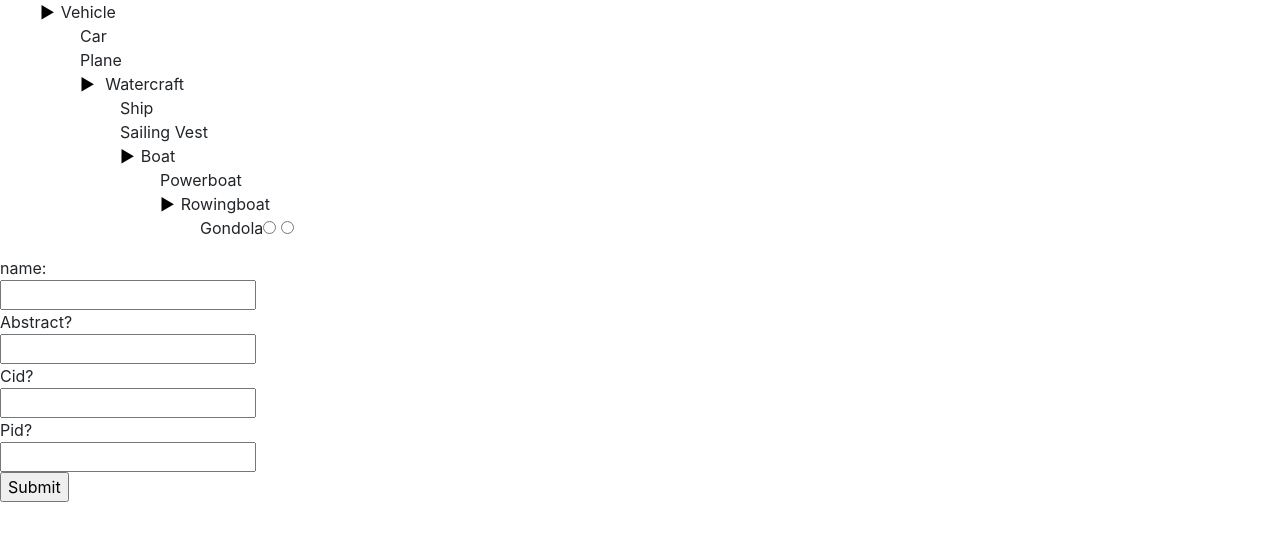
Repository: ked9268/Wonder
Page: http://localhost/cw3_mini_web_project_kjw42/WEB-INF/mainpage.jsp
These files come from the project's save history. The page is drawn as it stood at one moment and after the next save; the edit follows.
The browser window is 1280 px wide. The pictures show the whole page.
Some web libraries are served in a nearby version. The page is served by Tomcat 9. Nobody is signed in. Other server files are loaded and not shown. The template is opened directly, without the code that normally fills it, so the values that code supplies are empty.

Above is the page before, as saved 2020-01-07 22:05:59.

### workspaceEE/cw3_mini_web_project_kjw42/WebContent/WEB-INF/mainpage.jsp
	<%@ page language="java" contentType="text/html; charset=ISO-8859-1"
    pageEncoding="ISO-8859-1"%>
	<!DOCTYPE html PUBLIC "-//W3C//DTD HTML 4.01 Transitional//EN" "http://www.w3.org/TR/html4/loose.dtd">
<html>
	<head>
		<meta http-equiv="Content-Type" content="text/html; charset=ISO-8859-1">
		<meta charset="utf-8">
    	<meta name="viewport" content="width=device-width, initial-scale=1, shrink-to-fit=no">
		<link rel="stylesheet" href="https://maxcdn.bootstrapcdn.com/bootstrap/4.0.0/css/bootstrap.min.css"
			integrity="sha384-Gn5384xqQ1aoWXA+058RXPxPg6fy4IWvTNh0E263XmFcJlSAwiGgFAW/dAiS6JXm" crossorigin="anonymous">

		<script>
				function load(){
				window.alert("Hello World!");
				var interact = document.getElementById("Gondola");
				interact.remove();
				}
		</script>
			<style>
			.caret {
  				cursor: pointer;
  				user-select: none; /* Prevent text selection */
			}
			.caret::before {
  				content: "\25B6";
 				 color: black;
 				 display: inline-block;
 				 margin-right: 6px;
			}
			ul {
 				 list-style-type: none;
			}
			</style>
				<title>mainpage</title>
	</head>
	<body>
		<ul>
			<li>
			<a class="caret" onClick="load()">Vehicle</a>
				<ul class="east">
					<li id="Car">  Car	</li>
					<li id="Plane">Plane</li>
					<li id="Watercraft"><span class="caret" onClick="test()"> Watercraft</span>
						<ul class="nested">
							<li id="Ship">Ship</li>
							<li id="SailingVest">Sailing Vest</li>
							<li id="Boat"><span class="caret" onClick="load()">Boat</span>
								<ul class="nested">
									<li id="Powerboat">Powerboat</li>
									<li id="Rowingboat"><span class="caret" onClick="load()">Rowingboat</span>
											<ul class="nested">
												<li id="Gondola">Gondola<input type="radio" name="add">&nbsp<input type="radio" name="delete" > </li>
											</ul>
				 						</li>
									</ul>
								</li>
							</ul>
						</li>
					</ul>
				</li>
			</ul>
		<p id="demo"> </p>

		<form action="../../controllers/extractClassInfo.java">
  				name:<br>
  				<input type="text" name="name"><br>
 			 	Abstract?<br>
  				<input type="text" name="abstract"><br>
  Cid?<br>
  <input type="text" name="cid"><br>
  Pid?<br>
  <input type="text" name="pid"><br>
		  	<input type="submit" value="Submit">
		</form>

		<script src="https://code.jquery.com/jquery-3.2.1.slim.min.js" integrity="sha384-KJ3o2DKtIkvYIK3UENzmM7KCkRr/rE9/Qpg6aAZGJwFDMVNA/GpGFF93hXpG5KkN" crossorigin="anonymous"></script>
		<script src="https://cdnjs.cloudflare.com/ajax/libs/popper.js/1.12.9/umd/popper.min.js" integrity="sha384-ApNbgh9B+Y1QKtv3Rn7W3mgPxhU9K/ScQsAP7hUibX39j7fakFPskvXusvfa0b4Q" crossorigin="anonymous"></script>
		<script src="https://maxcdn.bootstrapcdn.com/bootstrap/4.0.0/js/bootstrap.min.js" integrity="sha384-JZR6Spejh4U02d8jOt6vLEHfe/JQGiRRSQQxSfFWpi1MquVdAyjUar5+76PVCmYl" crossorigin="anonymous"></script>
		<script>
		function test(){

			var run = '<li><a>"Hello bro"</a><ul><li><a>"Nested!"</a></li></ul></li>'
			var btn = document.createElement("UL");   // Create a <button> element
			btn.innerHTML = run;   // Insert text
			document.getElementById("Gondola").appendChild(btn);

		}
		</script>
	</body>
</html>

After the next save:
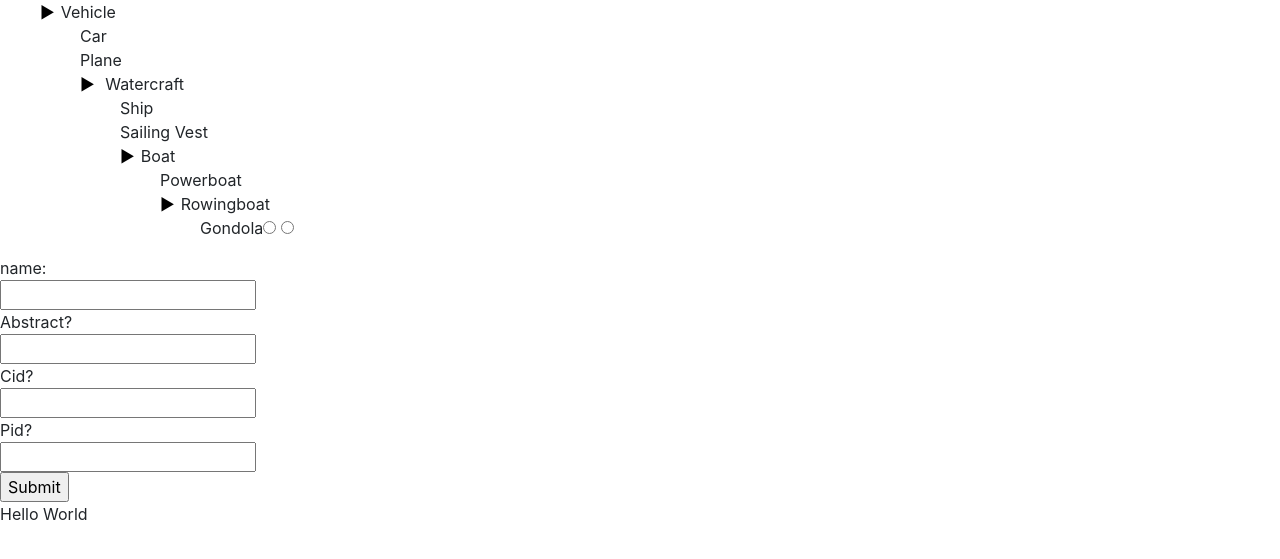
Saved 2 min 1 s later.
--- a/workspaceEE/cw3_mini_web_project_kjw42/WebContent/WEB-INF/mainpage.jsp
+++ b/workspaceEE/cw3_mini_web_project_kjw42/WebContent/WEB-INF/mainpage.jsp
@@ -73,6 +73,7 @@
 		  	<input type="submit" value="Submit">
 		</form>
 
+			<p id="demo"> Hello World</p>
 		<script src="https://code.jquery.com/jquery-3.2.1.slim.min.js" integrity="sha384-KJ3o2DKtIkvYIK3UENzmM7KCkRr/rE9/Qpg6aAZGJwFDMVNA/GpGFF93hXpG5KkN" crossorigin="anonymous"></script>
 		<script src="https://cdnjs.cloudflare.com/ajax/libs/popper.js/1.12.9/umd/popper.min.js" integrity="sha384-ApNbgh9B+Y1QKtv3Rn7W3mgPxhU9K/ScQsAP7hUibX39j7fakFPskvXusvfa0b4Q" crossorigin="anonymous"></script>
 		<script src="https://maxcdn.bootstrapcdn.com/bootstrap/4.0.0/js/bootstrap.min.js" integrity="sha384-JZR6Spejh4U02d8jOt6vLEHfe/JQGiRRSQQxSfFWpi1MquVdAyjUar5+76PVCmYl" crossorigin="anonymous"></script>
@@ -85,6 +86,10 @@
 			document.getElementById("Gondola").appendChild(btn);
 
 		}
+		function clear(){
+			var correct= document.getElementById("demo");
+			correct.remove();
+		}
 		</script>
 	</body>
 </html>

After the 5 saves that followed:
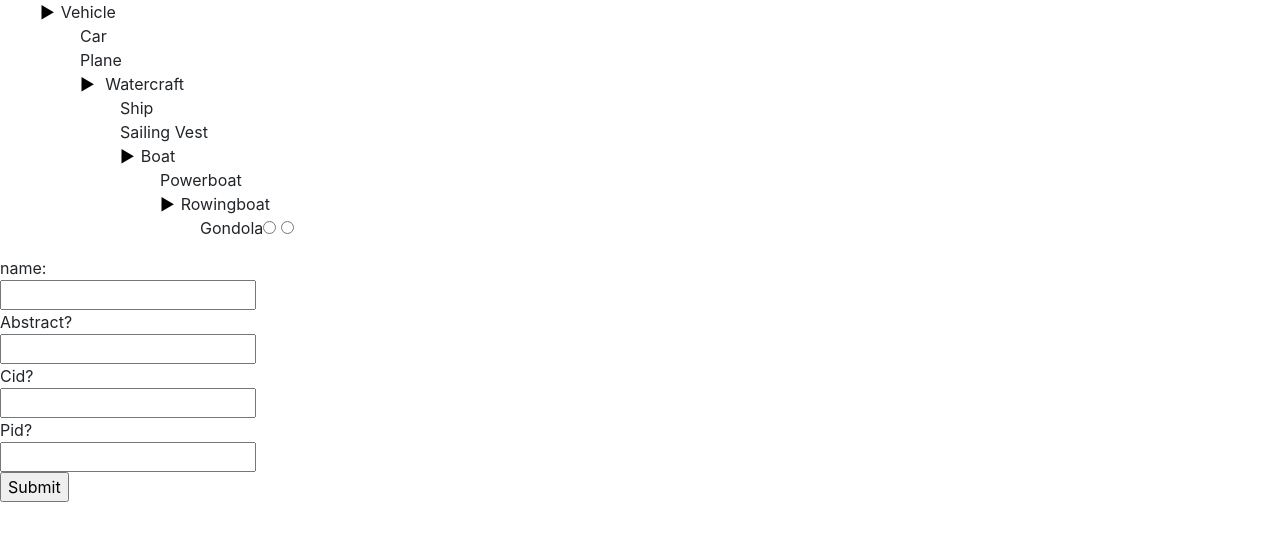
Console error: SyntaxError: Unexpected token ';'
The 5 saves are shown as one change because 4 left the picture as it was.
The last was saved 6 min 26 s later.
--- a/workspaceEE/cw3_mini_web_project_kjw42/WebContent/WEB-INF/mainpage.jsp
+++ b/workspaceEE/cw3_mini_web_project_kjw42/WebContent/WEB-INF/mainpage.jsp
@@ -44,7 +44,7 @@
 						<ul class="nested">
 							<li id="Ship">Ship</li>
 							<li id="SailingVest">Sailing Vest</li>
-							<li id="Boat"><span class="caret" onClick="load()">Boat</span>
+							<li id="Boat"><span class="caret" onClick="clear()">Boat</span>
 								<ul class="nested">
 									<li id="Powerboat">Powerboat</li>
 									<li id="Rowingboat"><span class="caret" onClick="load()">Rowingboat</span>
@@ -59,7 +59,6 @@
 					</ul>
 				</li>
 			</ul>
-		<p id="demo"> </p>
 
 		<form action="../../controllers/extractClassInfo.java">
   				name:<br>
@@ -72,8 +71,6 @@
   <input type="text" name="pid"><br>
 		  	<input type="submit" value="Submit">
 		</form>
-
-			<p id="demo"> Hello World</p>
 		<script src="https://code.jquery.com/jquery-3.2.1.slim.min.js" integrity="sha384-KJ3o2DKtIkvYIK3UENzmM7KCkRr/rE9/Qpg6aAZGJwFDMVNA/GpGFF93hXpG5KkN" crossorigin="anonymous"></script>
 		<script src="https://cdnjs.cloudflare.com/ajax/libs/popper.js/1.12.9/umd/popper.min.js" integrity="sha384-ApNbgh9B+Y1QKtv3Rn7W3mgPxhU9K/ScQsAP7hUibX39j7fakFPskvXusvfa0b4Q" crossorigin="anonymous"></script>
 		<script src="https://maxcdn.bootstrapcdn.com/bootstrap/4.0.0/js/bootstrap.min.js" integrity="sha384-JZR6Spejh4U02d8jOt6vLEHfe/JQGiRRSQQxSfFWpi1MquVdAyjUar5+76PVCmYl" crossorigin="anonymous"></script>
@@ -87,8 +84,8 @@
 
 		}
 		function clear(){
-			var correct= document.getElementById("demo");
-			correct.remove();
+			var correct = document.getElementById("demo").;
+			correct.innerHTML = 'Wrong way!';
 		}
 		</script>
 	</body>
